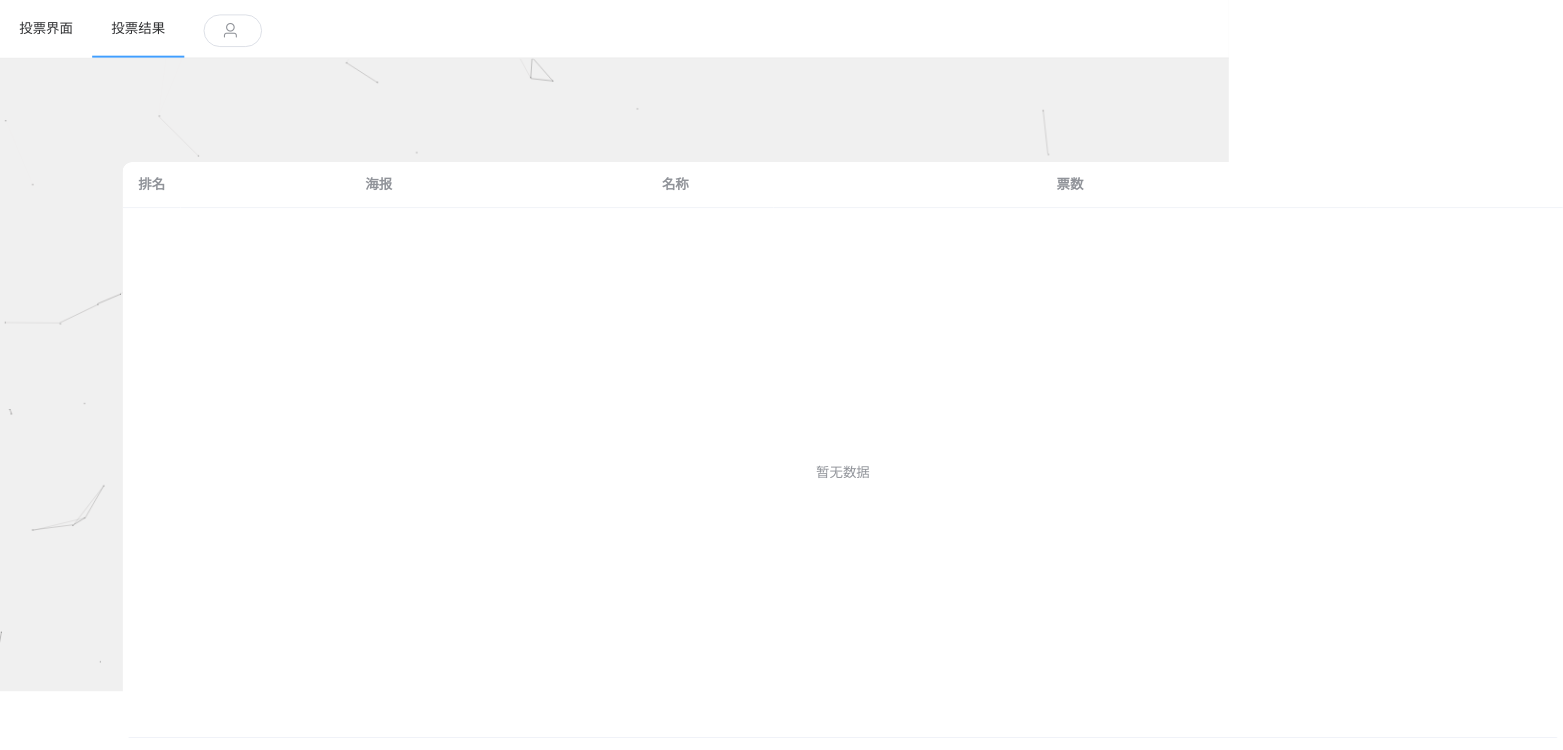
Repository: 280hhh/vote
Page: /#/result
The author's editor kept a copy of each file at every save. The page is drawn from the files as they stood at one save, then again after the next save.
The browser window is 1280 px wide. The page is 1628 px wide, then 1428 px, so the pictures cover 1628 px, including what lies to the right of the window. The pictures show the whole page, at 96% of full size.
The project was rebuilt for these pictures with package versions that can differ from the ones it lists, and the page was loaded fresh each time. Also part of the build but not shown: src/components/login.vue, src/components/home.vue, src/components/register.vue.

Above is the page before, as saved 2021-06-16 00:54:07.

### public/index.html
<!DOCTYPE html>
<html lang="">
  <head>
    <meta charset="utf-8">
    <meta http-equiv="X-UA-Compatible" content="IE=edge">
    <meta name="viewport" content="width=device-width,initial-scale=1.0">
    <link rel="icon" href="<%= BASE_URL %>jr.jpg">
    <title>十大热门电影投票</title>
  </head>
  <body>
    <noscript>
      <strong>We're sorry but <%= htmlWebpackPlugin.options.title %> doesn't work properly without JavaScript enabled. Please enable it to continue.</strong>
    </noscript>
    <div id="app"></div>
    <!-- built files will be auto injected -->
  </body>
</html>

### src/App.vue
<template>
      <div id="app">
        <!-- 路由占位符 -->
        <div id="nav" v-if="$route.meta.keepAlive">
        <el-menu :default-active="this.$route.path" router class="el-menu-demo" mode="horizontal">
          <el-menu-item v-for="(item,i) in nvaList" :key="i" :index="item.name">
            <template slot="title">
             <span> {{ item.navItem }}</span>
           </template>
          </el-menu-item>
          <el-menu-item>
            <el-dropdown>
              <el-button icon="el-icon-user" size="mini" round></el-button>
              <el-dropdown-menu slot="dropdown">
                <div v-if="loginUser.username!=''">
                  <el-dropdown-item>用户:{{loginUser.username}}</el-dropdown-item>
                  <el-dropdown-item @click.native="logOut">退出</el-dropdown-item>
                </div>
                <div v-else>
                      <router-link to='/login'>
                        <el-dropdown-item>去登陆</el-dropdown-item>
                      </router-link>
                </div>
              </el-dropdown-menu>
            </el-dropdown>
          </el-menu-item>
        </el-menu>
    </div>
    <router-view></router-view>
    </div>
</template>

<script>
import Canvas from "../canvas-nest.min.js";
export default {
  name:"app",
  components:{
    Canvas
  },
  data(){
    return{
        loginUser:{
        username:'',
        email:'',
        password:'',
        checkPassword:'',
        phoneNumber:''
      },
      nvaList:[
        {name:'/home',navItem:'投票界面'},
        {name:'/result',navItem:'投票结果'}
      ],
    }
  },
  methods:{
    //点击退出登录时
      logOut(){
        for(var item in this.loginUser){
            this.loginUser[item]='';
        }
        localStorage.loginUser=JSON.stringify(this.loginUser);
        location.reload();
      }
  },
  mounted(){
        if(!window.localStorage) this.$message({showClose: true,message: '发生未知错误！',type: 'error'});
        //登录人信息初始化
        if(localStorage.loginUser!=null){
        this.loginUser=JSON.parse(localStorage.loginUser);
        //更新用户组和登陆人的票数和日期
        // this.oldMessage();
        for(var item in this.userGroup){
        }
            localStorage.loginUser=JSON.stringify(this.userGroup[item]);
            localStorage.userGroup=JSON.stringify(this.userGroup);
        }
  },
  created(){
}
}

</script>

<style>
body{
  margin: 0;
  padding: 0;
}
canvas{
    background: rgb(226, 225, 225);
    opacity: 0.3;
}
</style>

### src/router/index.js
import Vue from 'vue'
import VueRouter from 'vue-router'
import Login from '../components/login.vue'
import '../assets/css/global.css'
import Home from '../components/home.vue'
import Register from '../components/register.vue'
import Result from '../components/result.vue'


Vue.use(VueRouter)

const routes = [
  {path:'/',redirect:'/login',meta:{keepAlive:false}},
  {path:'/login',component:Login,meta:{keepAlive:false}},
  {path:'/home',component:Home,meta:{keepAlive:true}},
  {path:'/register',component:Register,meta:{keepAlive:false}},
  {path:'/result',component:Result,meta:{keepAlive:true}}
]

const router = new VueRouter({
  routes
})

export default router

### src/plugins/element.js
import Vue from 'vue'
import { Button } from 'element-ui'
import {Form,FormItem} from 'element-ui'
import {Input} from 'element-ui'
import {Message} from 'element-ui'
import {Menu} from 'element-ui'
import {MenuItem} from 'element-ui'
import {Submenu} from 'element-ui'
import {Dropdown,DropdownItem,DropdownMenu} from 'element-ui'
import {Dialog} from 'element-ui'
import {Table} from 'element-ui'
import {Progress} from 'element-ui'
import {TableColumn} from 'element-ui'

Vue.use(Button)
Vue.use(Form)
Vue.use(FormItem)
Vue.use(Input)
Vue.prototype.$message=Message
Vue.use(Menu)
Vue.use(MenuItem)
Vue.use(Submenu)
Vue.use(Dropdown)
Vue.use(DropdownItem)
Vue.use(DropdownMenu)
Vue.use(Dialog)
Vue.use(Table)
Vue.use(Progress)
Vue.use(TableColumn)

### canvas-nest.min.js
!function(){function o(w,v,i){return w.getAttribute(v)||i}function j(i){return document.getElementsByTagName(i)}function l(){var i=j("script"),w=i.length,v=i[w-1];return{l:w,z:o(v,"zIndex",-1),o:o(v,"opacity",0.5),c:o(v,"color","0,0,0"),n:o(v,"count",110)}}function k(){r=u.width=window.innerWidth||document.documentElement.clientWidth||document.body.clientWidth,n=u.height=window.innerHeight||document.documentElement.clientHeight||document.body.clientHeight}function b(){e.clearRect(0,0,r,n);var w=[f].concat(t);var x,v,A,B,z,y;t.forEach(function(i){i.x+=i.xa,i.y+=i.ya,i.xa*=i.x>r||i.x<0?-1:1,i.ya*=i.y>n||i.y<0?-1:1,e.fillRect(i.x-0.5,i.y-0.5,1,1);for(v=0;v<w.length;v++){x=w[v];if(i!==x&&null!==x.x&&null!==x.y){B=i.x-x.x,z=i.y-x.y,y=B*B+z*z;y<x.max&&(x===f&&y>=x.max/2&&(i.x-=0.03*B,i.y-=0.03*z),A=(x.max-y)/x.max,e.beginPath(),e.lineWidth=A/2,e.strokeStyle="rgba("+s.c+","+(A+0.2)+")",e.moveTo(i.x,i.y),e.lineTo(x.x,x.y),e.stroke())}}w.splice(w.indexOf(i),1)}),m(b)}var u=document.createElement("canvas"),s=l(),c="c_n"+s.l,e=u.getContext("2d"),r,n,m=window.requestAnimationFrame||window.webkitRequestAnimationFrame||window.mozRequestAnimationFrame||window.oRequestAnimationFrame||window.msRequestAnimationFrame||function(i){window.setTimeout(i,1000/45)},a=Math.random,f={x:null,y:null,max:20000};u.id=c;u.style.cssText="position:fixed;top:0;left:0;z-index:"+s.z+";opacity:"+s.o;j("body")[0].appendChild(u);k(),window.onresize=k;window.onmousemove=function(i){i=i||window.event,f.x=i.clientX,f.y=i.clientY},window.onmouseout=function(){f.x=null,f.y=null};for(var t=[],p=0;s.n>p;p++){var h=a()*r,g=a()*n,q=2*a()-1,d=2*a()-1;t.push({x:h,y:g,xa:q,ya:d,max:6000})}setTimeout(function(){b()},100)}();

### src/assets/css/global.css
html,
body,
#app{
  height: 100%;
  margin: 0;
  padding: 0;
}

### src/components/result.vue
<template>
  <div class="result_container">
    <div class="result_box">
      <el-table :data="contestants" stripe height="600" style="width:100%;" >
            <el-table-column width="60" label="排名" align="center">
                <template scope="scope"><span>{{scope.$index + 1}}</span></template>
            </el-table-column>
            <el-table-column min-width="2.1" label="海报" align="center">
                <template slot-scope="scope">
                <img :src="scope.row.src" class="head_pic" style="height:150px"/>
                </template>
            </el-table-column>
            <el-table-column prop="name" label="名称" min-width="1" align="center"></el-table-column>
            <el-table-column prop="votes" min-width="3" align="center" label="票数">
            <template slot-scope="scope">
            <el-progress :show-text="false" :stroke-width="18" :percentage="(scope.row.votes)" :color="colors" >
                </el-progress>
            </template>
            </el-table-column >
            <el-table-column prop="votes"  min-width="1"></el-table-column>
        </el-table>
    </div>
  </div>
</template>

<script>
export default {
data(){
  return{
    contestants:[],
    colors: [
          {color: '#1989fa', percentage: 20},
          {color: '#e6a23c', percentage: 40},
          {color: '#5cb87a', percentage: 60},
          {color: '#f56c6c', percentage: 80},
          {color: '#6f7ad3', percentage: 100}
        ],
  }
},
methods:{
  //进行排名
    sortBy(props) {
    return function(a,b) {
        return   b[props] - a[props];
    }}
},
mounted(){
  let a=JSON.parse(localStorage.contestants);
        for(var item in a){
            this.contestants.push(a[item]);
        }
        this.contestants.sort(this.sortBy("votes"));
  }
}
</script>

<style Lang="less" scoped>
.result_container{
  height: 100%;
}
.result_box{
  position: relative;
  height: 600px;
  width: 1500px;
  top: 15%;
  left: 10%;
  background-color: white;
  overflow: hidden;
  border-radius: 10px;
}
</style>

Loaded but not shown: src/main.js (common file)

After the next save:
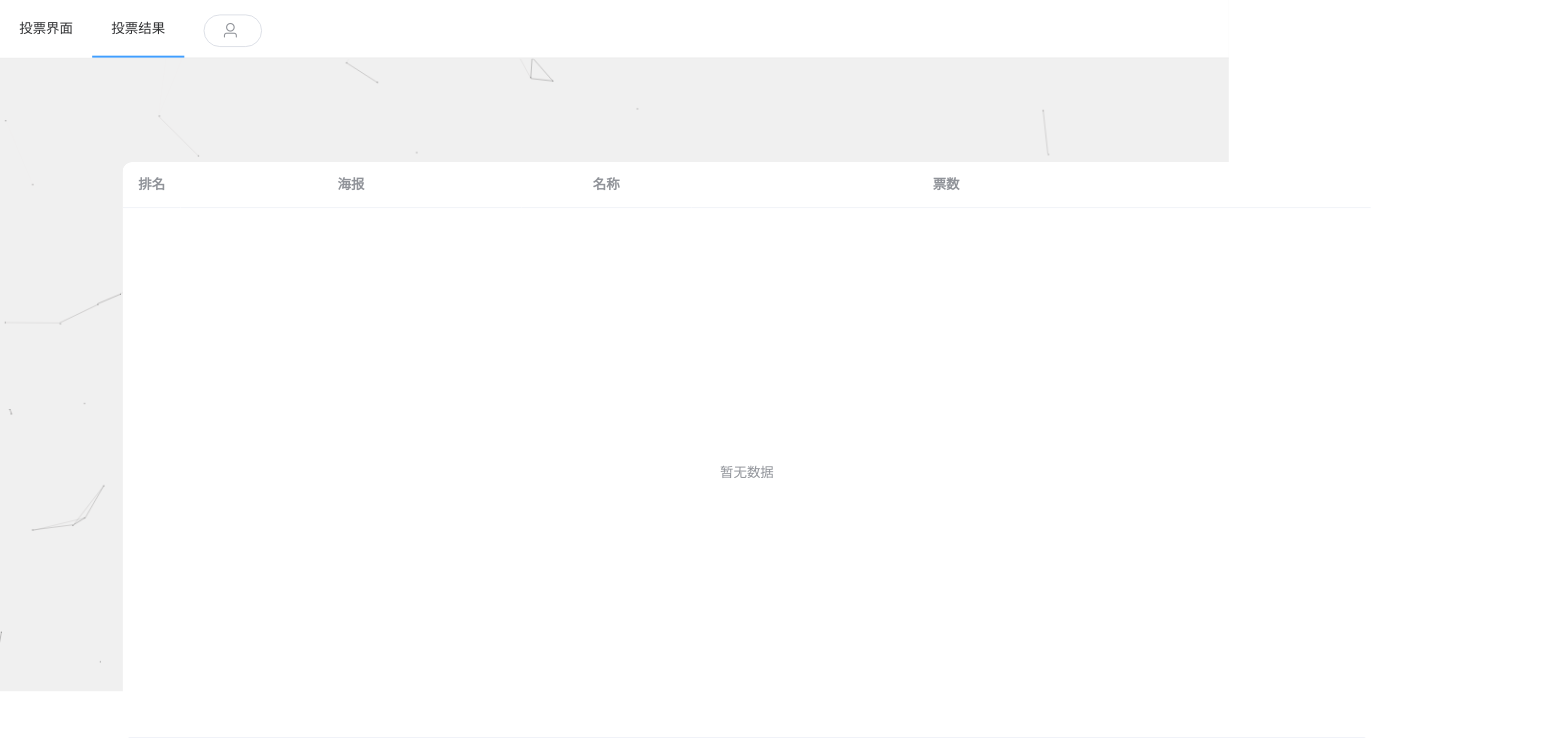
Saved 49 s later.
--- a/src/components/result.vue
+++ b/src/components/result.vue
@@ -61,7 +61,7 @@
 .result_box{
   position: relative;
   height: 600px;
-  width: 1500px;
+  width: 1300px;
   top: 15%;
   left: 10%;
   background-color: white;
